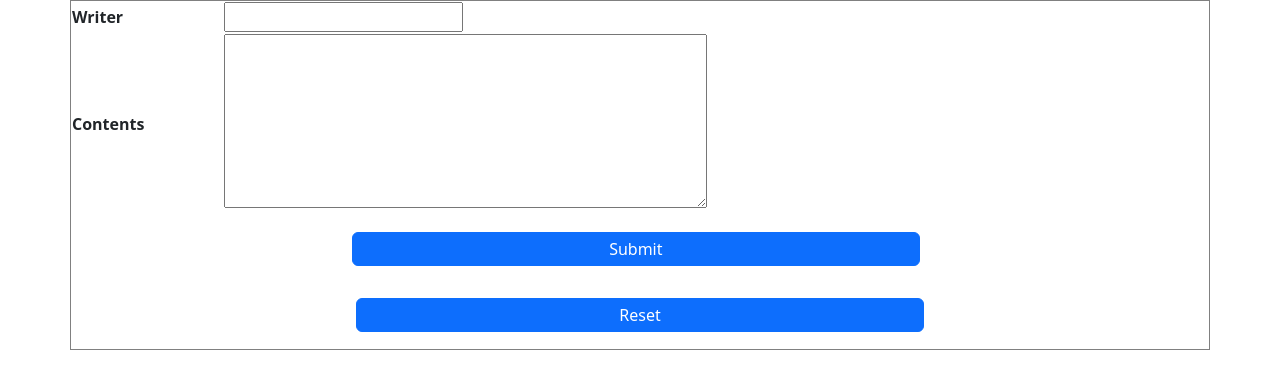
Repository: tomaters/servlets-JSP
Page: jsptest/src/main/webapp/bbs/write2.html
The author's editor kept a copy of each file at every save. The page is drawn from the files as they stood at one save, then again after the next save.
The browser window is 1280 px wide. The pictures show the whole page.

Above is the page before, as saved 2023-11-29 05:49:00.

### jsptest/src/main/webapp/bbs/write2.html
<!DOCTYPE html>
<html>
<head>
<meta charset="UTF-8">
<title>Insert title here</title>
 <!-- import Bootstrap -->
    <link href="https://cdn.jsdelivr.net/npm/bootstrap@5.3.2/dist/css/bootstrap.min.css" rel="stylesheet">
    <script src="https://cdn.jsdelivr.net/npm/bootstrap@5.3.2/dist/js/bootstrap.bundle.min.js"></script>
</head>
<body>
<form method="post" action="/jsptest/visit">
      <table align="center" class="container-md" width="500" border="1">
        <tr>
            <th>Writer</th>
        <td>
        <input type="text" name="writer">
        </td>
        </tr>
        <tr>
        <th>Contents</th>
        <td>
          <textarea rows="7" cols="50" name="memo"></textarea>
         </td>
        </tr>
        <tr>
         <td colspan="2" align="center">
           <input type="submit" class="btn btn-primary w-50 p-1 m-3" value="Submit">&nbsp;&nbsp;
           <input type="reset" class="btn btn-primary w-50 p-1 m-3" value="Reset">
         </td>
         </tr>
    </table>
    </form>
</body>
</html>

After the next save:
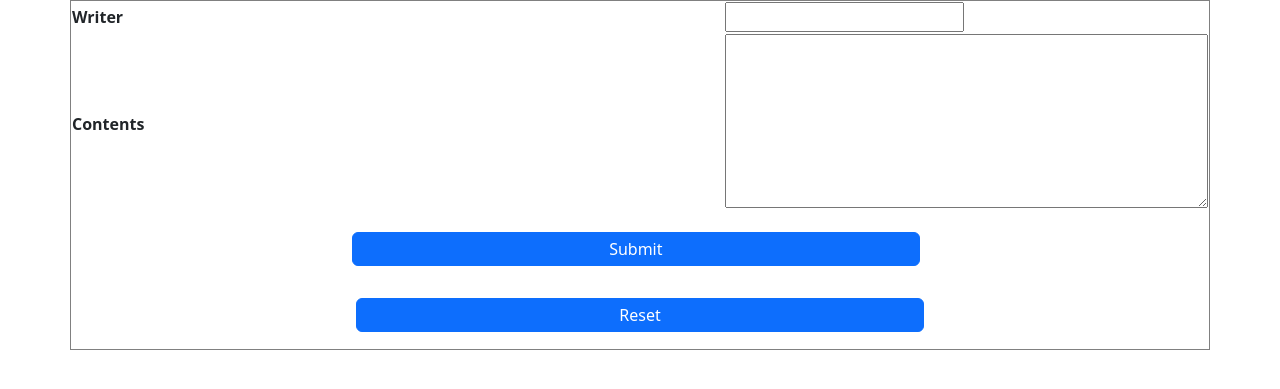
Saved 16 s later.
--- a/jsptest/src/main/webapp/bbs/write2.html
+++ b/jsptest/src/main/webapp/bbs/write2.html
@@ -11,7 +11,7 @@
 <form method="post" action="/jsptest/visit">
       <table align="center" class="container-md" width="500" border="1">
         <tr>
-            <th>Writer</th>
+            <th class="w-100">Writer</th>
         <td>
         <input type="text" name="writer">
         </td>
